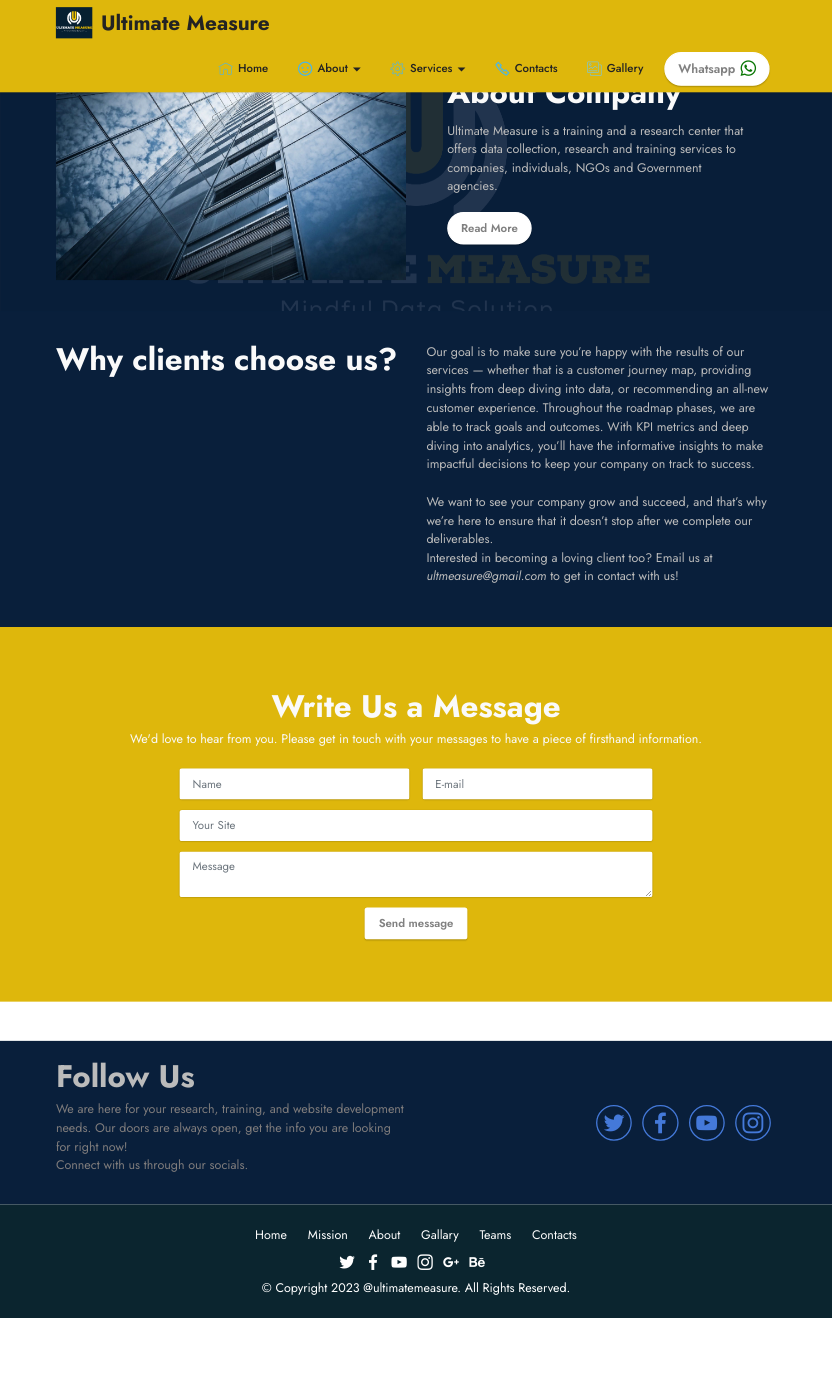
Repository: Saviour-Dagadu/ultMeasure
Page: page10.html
An editor plug-in stored every save of this project. The page is shown before and after a run of saves, followed by the edit.
The browser window is 1280 px wide. The pictures show the whole page, at 65% of full size.

Above is the page before, as saved 2023-03-30 14:55:55.

### page10.html
<!DOCTYPE html>
<html  >
<head>
  <!-- Site made with Mobirise Website Builder v5.6.13, https://mobirise.com -->
  <meta charset="UTF-8">
  <meta http-equiv="X-UA-Compatible" content="IE=edge">
  <meta name="generator" content="Mobirise v5.6.13, mobirise.com">
  <meta name="twitter:card" content="summary_large_image"/>
  <meta name="twitter:image:src" content="assets/images/page10-meta.jpg">
  <meta property="og:image" content="assets/images/page10-meta.jpg">
  <meta name="twitter:title" content="About">
  <meta name="viewport" content="width=device-width, initial-scale=1, minimum-scale=1">
  <link rel="shortcut icon" href="assets/images/ultimate-logo-1.jpeg" type="image/x-icon">
  <meta name="description" content="">


  <title>About</title>
  <link rel="stylesheet" href="assets/web/assets/mobirise-icons2/mobirise2.css">
  <link rel="stylesheet" href="assets/web/assets/mobirise-icons/mobirise-icons.css">
  <link rel="stylesheet" href="assets/bootstrap/css/bootstrap.min.css">
  <link rel="stylesheet" href="assets/bootstrap/css/bootstrap-grid.min.css">
  <link rel="stylesheet" href="assets/bootstrap/css/bootstrap-reboot.min.css">
  <link rel="stylesheet" href="assets/parallax/jarallax.css">
  <link rel="stylesheet" href="assets/animatecss/animate.css">
  <link rel="stylesheet" href="assets/dropdown/css/style.css">
  <link rel="stylesheet" href="assets/socicon/css/styles.css">
  <link rel="stylesheet" href="assets/theme/css/style.css">
  <link rel="preload" href="https://fonts.googleapis.com/css?family=Jost:100,200,300,400,500,600,700,800,900,100i,200i,300i,400i,500i,600i,700i,800i,900i&display=swap" as="style" onload="this.onload=null;this.rel='stylesheet'">
  <noscript><link rel="stylesheet" href="https://fonts.googleapis.com/css?family=Jost:100,200,300,400,500,600,700,800,900,100i,200i,300i,400i,500i,600i,700i,800i,900i&display=swap"></noscript>
  <link rel="preload" as="style" href="assets/mobirise/css/mbr-additional.css"><link rel="stylesheet" href="assets/mobirise/css/mbr-additional.css" type="text/css">




</head>
<body>

  <section data-bs-version="5.1" class="header14 cid-tyirgD3Bag mbr-parallax-background" id="header14-29">

    <br>

    <div class="mbr-overlay" style="opacity: 0.9; background-color: rgb(9, 31, 59);"></div>

    <div class="container">
        <div class="row justify-content-center align-items-center">
            <div class="col-12 col-md-6 image-wrapper">
                <img src="assets/images/mbr-1256x837.jpg" alt="Mobirise Website Builder">
            </div>
            <div class="col-12 col-md">
                <div class="text-wrapper">
                    <h1 class="mbr-section-title mbr-fonts-style mb-3 display-2">
                        <strong>About Company</strong></h1>
                    <p class="mbr-text mbr-fonts-style display-7">Ultimate Measure is a training and a research center that offers data collection, research and training services to companies, individuals, NGOs and Government agencies.<br></p>
                    <div class="mbr-section-btn mt-3"><a class="btn btn-primary display-4" href="page13.html">Read More</a></div>
                </div>
            </div>
        </div>
    </div>
</section>

<section data-bs-version="5.1" class="content10 cid-tyirgJjcVe" id="content10-2b">

    <div class="container">
        <div class="row justify-content-center">
            <div class="col-12 col-md">

                <h6 class="mbr-section-subtitle mbr-fonts-style mb-4 display-2"><strong>Why clients choose us?</strong></h6>
            </div>
            <div class="col-md-12 col-lg-6">
                <p class="mbr-text mbr-fonts-style display-7">Our goal is to make sure you’re happy with the results of our services — whether that is a customer journey map, providing insights from deep diving into data, or recommending an all-new customer experience. Throughout the roadmap phases, we are able to track goals and outcomes. With KPI metrics and deep diving into analytics, you’ll have the informative insights to make impactful decisions to keep your company on track to success.
<br>
<br>We want to see your company grow and succeed, and that’s why we’re here to ensure that it doesn’t stop after we complete our deliverables.
<br>Interested in becoming a loving client too? Email us at <em>ultmeasure@gmail.com</em> to get in contact with us!</p>
            </div>
        </div>
    </div>
</section>

<section data-bs-version="5.1" class="form5 cid-tyirgQ4odv" id="form5-2f">


    <div class="container">
        <div class="mbr-section-head">
            <h3 class="mbr-section-title mbr-fonts-style align-center mb-0 display-2"><strong>Write Us a Message</strong></h3>
            <h4 class="mbr-section-subtitle mbr-fonts-style align-center mb-0 mt-2 display-7">We'd love to hear from you. Please get in touch with your messages to have a piece of firsthand information.</h4>
        </div>
        <div class="row justify-content-center mt-4">
            <div class="col-lg-8 mx-auto mbr-form" data-form-type="formoid">
                <form action="https://mobirise.eu/" method="POST" class="mbr-form form-with-styler" data-form-title="Form Name"><input type="hidden" name="email" data-form-email="true" value="flvKXs/ctAnOaRlx3CSDYUAq95myG4FwJvkBOLscg46W3kYqRVo2AskNnPz673+F8IRJJ4DoktOW8e1fnx58dmNF1GOoIEBX7C5ltC3VsM4Gxpxz0EaU7MYNivJTT43T">
                    <div class="row">
                        <div hidden="hidden" data-form-alert="" class="alert alert-success col-12">Thanks for filling out
                            the form!</div>
                        <div hidden="hidden" data-form-alert-danger="" class="alert alert-danger col-12">Oops...! some
                            problem!</div>
                    </div>
                    <div class="dragArea row">
                        <div class="col-md col-sm-12 form-group mb-3" data-for="name">
                            <input type="text" name="name" placeholder="Name" data-form-field="name" class="form-control" value="" id="name-form5-2f">
                        </div>
                        <div class="col-md col-sm-12 form-group mb-3" data-for="email">
                            <input type="email" name="email" placeholder="E-mail" data-form-field="email" class="form-control" value="" id="email-form5-2f">
                        </div>
                        <div class="col-12 form-group mb-3" data-for="url">
                            <input type="url" name="url" placeholder="Your Site" data-form-field="url" class="form-control" value="" id="url-form5-2f">
                        </div>
                        <div class="col-12 form-group mb-3" data-for="textarea">
                            <textarea name="textarea" placeholder="Message" data-form-field="textarea" class="form-control" id="textarea-form5-2f"></textarea>
                        </div>
                        <div class="col-lg-12 col-md-12 col-sm-12 align-center mbr-section-btn"><button type="submit" class="btn btn-primary display-4">Send message</button></div>
                    </div>
                </form>
            </div>
        </div>
    </div>
</section>

<section data-bs-version="5.1" class="menu menu2 cid-tyiJ5LKivl" once="menu" id="menu2-3p">

    <nav class="navbar navbar-dropdown navbar-fixed-top navbar-expand-lg">
        <div class="container">
            <div class="navbar-brand">
                <span class="navbar-logo">
                    <a href="index.html#header14-1f">
                        <img src="assets/images/ultimate-logo-1.jpeg" alt="Mobirise Website Builder" style="height: 3rem;">
                    </a>
                </span>
                <span class="navbar-caption-wrap"><a class="navbar-caption text-black text-primary display-5" href="index.html#header14-1f">Ultimate Measure<br></a></span>
            </div>
            <button class="navbar-toggler" type="button" data-toggle="collapse" data-bs-toggle="collapse" data-target="#navbarSupportedContent" data-bs-target="#navbarSupportedContent" aria-controls="navbarNavAltMarkup" aria-expanded="false" aria-label="Toggle navigation">
                <div class="hamburger">
                    <span></span>
                    <span></span>
                    <span></span>
                    <span></span>
                </div>
            </button>
            <div class="collapse navbar-collapse" id="navbarSupportedContent">
                <ul class="navbar-nav nav-dropdown" data-app-modern-menu="true"><li class="nav-item"><a class="nav-link link text-black text-primary display-4" href="index.html#header14-1f"><span class="mbri-home mbr-iconfont mbr-iconfont-btn" style="color: rgb(71, 181, 237);"></span>Home</a></li>
                    <li class="nav-item dropdown"><a class="nav-link link text-black dropdown-toggle display-4" href="index.html#header14-1j" data-toggle="dropdown-submenu" data-bs-toggle="dropdown" data-bs-auto-close="outside" aria-expanded="false"><span class="mobi-mbri mobi-mbri-smile-face mbr-iconfont mbr-iconfont-btn" style="color: rgb(71, 181, 237);"></span>About</a><div class="dropdown-menu" aria-labelledby="dropdown-980"><a class="text-black dropdown-item text-primary display-4" href="page10.html">About Us</a><a class="text-black show dropdown-item text-primary display-4" href="page12.html">Mission</a><a class="text-black dropdown-item text-primary display-4" href="page12.html">Vission</a><a class="text-black show dropdown-item text-primary display-4" href="page11.html">Our Team</a></div></li>
                    <li class="nav-item dropdown"><a class="nav-link link text-black text-primary dropdown-toggle display-4" href="page6.html" data-toggle="dropdown-submenu" data-bs-toggle="dropdown" data-bs-auto-close="outside" aria-expanded="false"><span class="mbri-setting3 mbr-iconfont mbr-iconfont-btn" style="color: rgb(71, 181, 237);"></span>Services</a><div class="dropdown-menu" aria-labelledby="dropdown-109"><a class="text-black text-primary show dropdown-item display-4" href="page6.html">Our Services</a><a class="text-black text-primary dropdown-item display-4" href="page13.html">Training</a><a class="text-black text-primary show dropdown-item display-4" href="page13.html">Research</a></div></li><li class="nav-item"><a class="nav-link link text-black text-primary display-4" href="page7.html"><span class="mobi-mbri mobi-mbri-phone mbr-iconfont mbr-iconfont-btn" style="color: rgb(71, 181, 237);"></span>Contacts</a></li><li class="nav-item"><a class="nav-link link text-black text-primary display-4" href="page9.html"><span class="mbri-photos mbr-iconfont mbr-iconfont-btn" style="color: rgb(110, 199, 242);"></span>Gallery</a></li></ul>

                <div class="navbar-buttons mbr-section-btn"><a class="btn btn-primary display-7" href="https://wa.me/233577313517"><span class="socicon socicon-whatsapp mbr-iconfont mbr-iconfont-btn" style="color: rgb(10, 119, 5);"></span>Whatsapp</a></div>
            </div>
        </div>
    </nav>
</section>

<section data-bs-version="5.1" class="contacts4 cid-tyiXURGWpu" id="contacts4-43">





    <div class="container">
        <div class="row align-items-center justify-content-center">
            <div class="text-content col-12 col-md-6">
                <h2 class="mbr-section-title mbr-fonts-style display-2">
                    <strong>Follow Us</strong>
                </h2>
                <p class="mbr-text mbr-fonts-style display-7">We are here for your research, training, and website development needs. Our doors are always open, get the info you are looking for right now!
<br>Connect with us through our socials.<br></p>
            </div>
            <div class="icons d-flex align-items-center col-12 col-md-6 justify-content-end mt-md-0 mt-2 flex-wrap">
                <a href="https://twitter.com/ultmeasure" target="_blank">
                    <span class="mbr-iconfont mbr-iconfont-social socicon-twitter socicon"></span>
                </a>
                <a href="https://web.facebook.com/ultimatemeasure" target="_blank">
                    <span class="mbr-iconfont mbr-iconfont-social socicon-facebook socicon"></span>
                </a>
                <a href="https://www.youtube.com" target="_blank">
                    <span class="mbr-iconfont mbr-iconfont-social socicon-youtube socicon"></span>
                </a>
                <a href="https://instagram.com" target="_blank">
                    <span class="mbr-iconfont mbr-iconfont-social socicon-instagram socicon"></span>
                </a>






            </div>
        </div>
    </div>

</section>

<section data-bs-version="5.1" class="footer3 cid-tyiUsSvvE8" once="footers" id="footer3-3x">





    <div class="container-fluid">
        <div class="row align-center mbr-white">
            <div class="row row-links">
                <ul class="foot-menu">





                <li class="foot-menu-item mbr-fonts-style display-7"><a href="index.html#header14-1f" class="text-white text-primary">Home</a></li><li class="foot-menu-item mbr-fonts-style display-7"><a href="page12.html" class="text-primary">Mission</a></li><li class="foot-menu-item mbr-fonts-style display-7"><a href="page10.html" class="text-white text-primary">About</a></li><li class="foot-menu-item mbr-fonts-style display-7"><a href="page9.html" class="text-primary">Gallary</a></li><li class="foot-menu-item mbr-fonts-style display-7"><a href="page11.html" class="text-white text-primary">Teams</a></li><li class="foot-menu-item mbr-fonts-style display-7"><a href="page7.html" class="text-white text-primary">Contacts</a></li></ul>
            </div>
            <div class="row social-row">
                <div class="social-list align-right pb-2">






                <div class="soc-item">
                        <a href="https://twitter.com/ultmeasure" target="_blank">
                            <span class="mbr-iconfont mbr-iconfont-social socicon-twitter socicon"></span>
                        </a>
                    </div><div class="soc-item">
                        <a href="https://www.facebook.com" target="_blank">
                            <span class="mbr-iconfont mbr-iconfont-social socicon-facebook socicon"></span>
                        </a>
                    </div><div class="soc-item">
                        <a href="https://www.youtube.com" target="_blank">
                            <span class="mbr-iconfont mbr-iconfont-social socicon-youtube socicon"></span>
                        </a>
                    </div><div class="soc-item">
                        <a href="https://instagram.com" target="_blank">
                            <span class="mbr-iconfont mbr-iconfont-social socicon-instagram socicon"></span>
                        </a>
                    </div><div class="soc-item">
                        <a href="https://plus.google.com" target="_blank">
                            <span class="mbr-iconfont mbr-iconfont-social socicon-googleplus socicon"></span>
                        </a>
                    </div><div class="soc-item">
                        <a href="https://www.behance.net" target="_blank">
                            <span class="mbr-iconfont mbr-iconfont-social socicon-behance socicon"></span>
                        </a>
                    </div></div>
            </div>
            <div class="row row-copirayt">
                <p class="mbr-text mb-0 mbr-fonts-style mbr-white align-center display-7">
                    © Copyright 2023 @ultimatemeasure. All Rights Reserved.
                </p>
            </div>
        </div>
    </div>
</section><section class="display-7" style="padding: 0;align-items: center;justify-content: center;flex-wrap: wrap;    align-content: center;display: flex;position: relative;height: 4rem;"><a href="https://mobiri.se/2735054" style="flex: 1 1;height: 4rem;position: absolute;width: 100%;z-index: 1;"><img alt="" style="height: 4rem;" src="data:[embedded picture, 82 characters]"></a><p style="margin: 0;text-align: center;" class="display-7">&#8204;</p><a style="z-index:1" href="https://mobirise.com/builder/landing-page-software.html"></a></section><script src="assets/bootstrap/js/bootstrap.bundle.min.js"></script>  <script src="assets/parallax/jarallax.js"></script>  <script src="assets/smoothscroll/smooth-scroll.js"></script>  <script src="assets/ytplayer/index.js"></script>  <script src="assets/dropdown/js/navbar-dropdown.js"></script>  <script src="assets/sociallikes/social-likes.js"></script>  <script src="assets/theme/js/script.js"></script>  <script src="assets/formoid/formoid.min.js"></script>


  <input name="animation" type="hidden">
  </body>
</html>

Loaded but not shown: assets/bootstrap/css/bootstrap.min.css (library); assets/bootstrap/css/bootstrap-grid.min.css (library); assets/bootstrap/css/bootstrap-reboot.min.css (library); assets/parallax/jarallax.css (common file); assets/animatecss/animate.css (library); assets/mobirise/css/mbr-additional.css (library); assets/bootstrap/js/bootstrap.bundle.min.js (library); assets/parallax/jarallax.js (library); assets/smoothscroll/smooth-scroll.js (library); assets/ytplayer/index.js (library); assets/sociallikes/social-likes.js (library); assets/theme/js/script.js (library); assets/formoid/formoid.min.js (library); assets/dropdown/js/navbar-dropdown.js (7 lines, source omitted); assets/socicon/css/styles.css (934 lines, source omitted); assets/theme/css/style.css (961 lines, source omitted); assets/web/assets/mobirise-icons2/mobirise2.css (498 lines, source omitted); assets/dropdown/css/style.css (263 lines, source omitted); assets/web/assets/mobirise-icons/mobirise-icons.css (477 lines, source omitted)

After the next 4 saves:
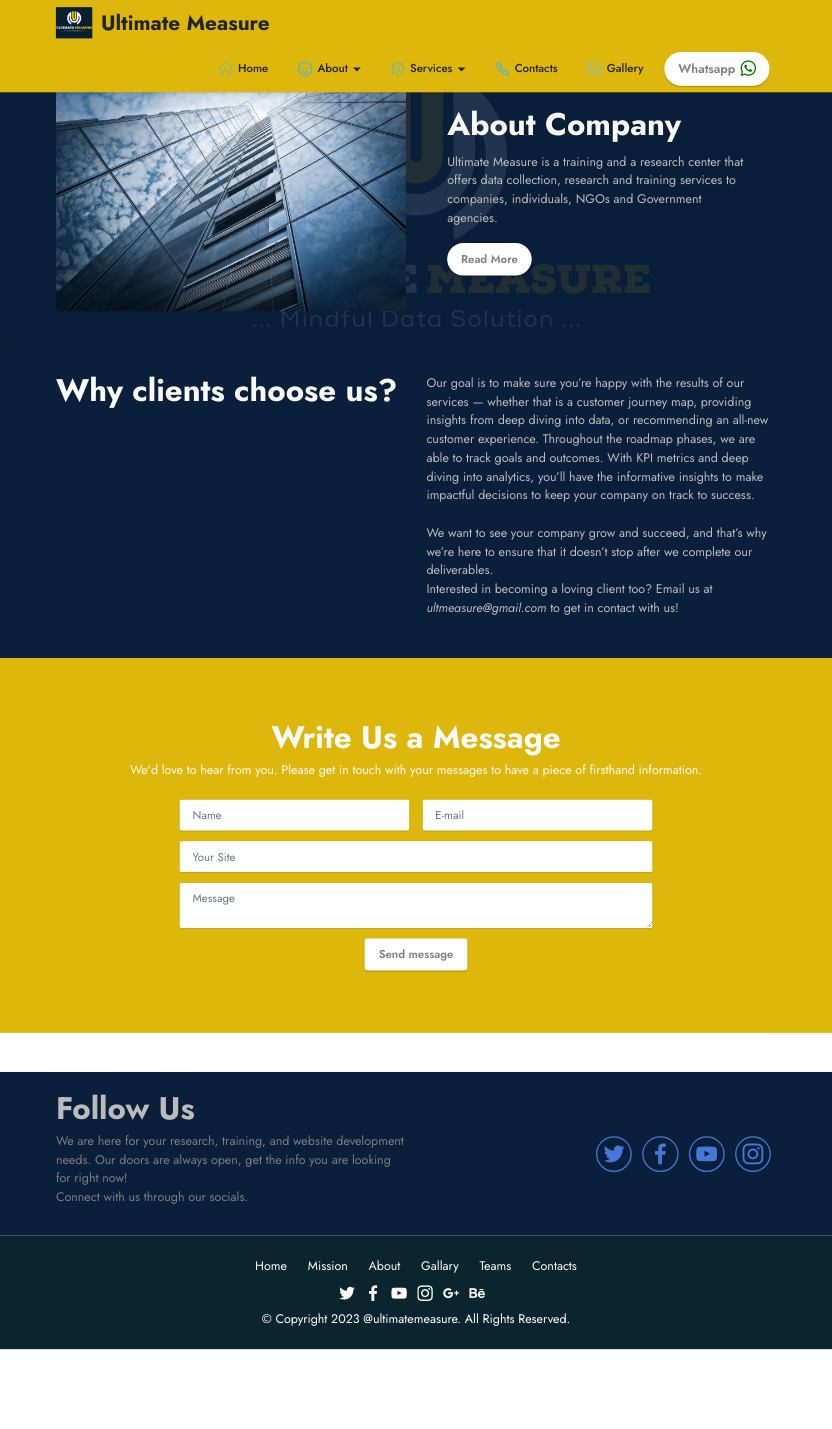
The 4 saves are shown as one change because they came seconds apart.
The last was saved 9 s later.
--- a/page10.html
+++ b/page10.html
@@ -37,7 +37,7 @@
 
   <section data-bs-version="5.1" class="header14 cid-tyirgD3Bag mbr-parallax-background" id="header14-29">
 
-    <br>
+    <br><br><br>
 
     <div class="mbr-overlay" style="opacity: 0.9; background-color: rgb(9, 31, 59);"></div>
 
